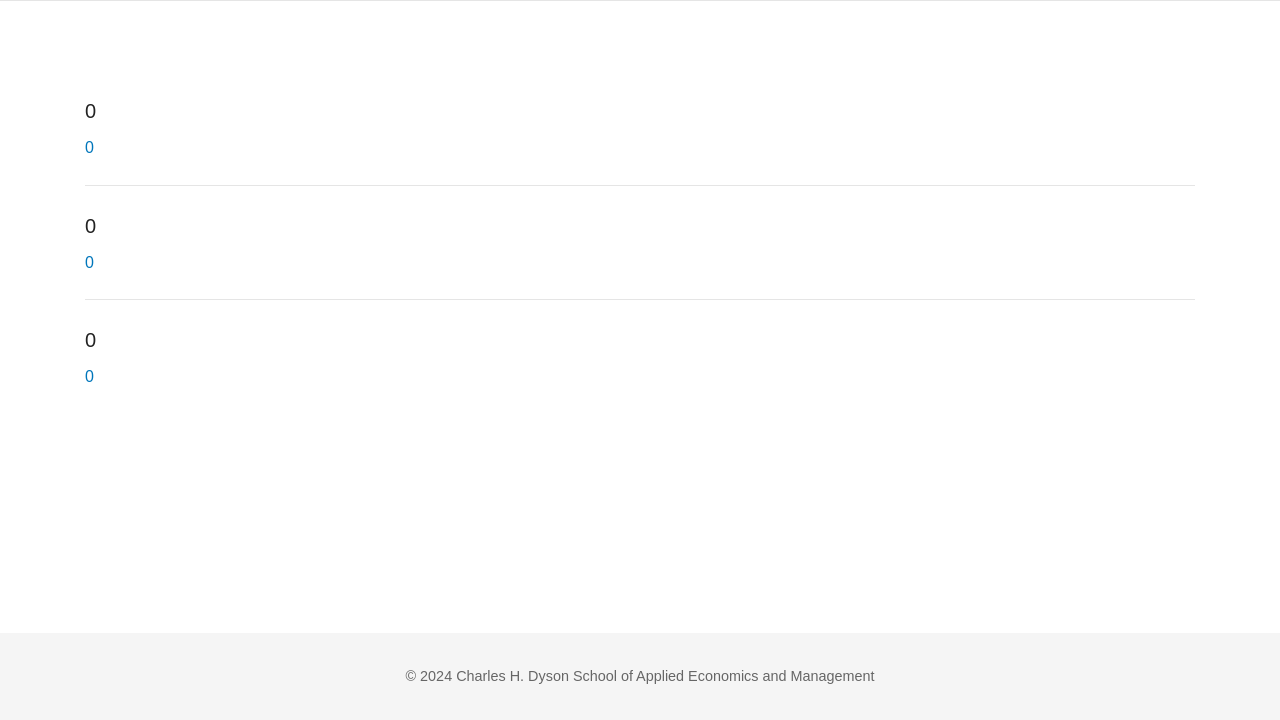
Repository: huang-heavenly-Emperor/k1_project
Page: teaching.html
The author's editor kept a copy of each file at every save. The page is drawn from the files as they stood at one save, then again after the next save.
The browser window is 1280 px wide. The pictures show the whole page.

Above is the page before, as saved 2024-11-17 16:18:11.

### teaching.html
<!DOCTYPE html>
<html lang="en">

<head>
    <meta charset="UTF-8">
    <meta name="viewport" content="width=device-width, initial-scale=1.0">
    <title>Teaching - Cornell University</title>
    <link rel="stylesheet" href="reset.css">
    <link rel="stylesheet" href="common.css">
    <link rel="stylesheet" href="teaching.css">
</head>

<body>
    <header class="site-header">
        <nav class="main-nav">
            <div class="nav-container">
                <button class="nav-toggle" aria-label="Toggle navigation">☰</button>
                <ul class="nav-list">
                    <li><a href="./index.html">Home</a></li>
                    <li><a href="./CV_ShanjunLi_Fall2024.pdf" target="_blank">CV</a></li>
                    <li><a href="./research.html">Research</a></li>
                    <li><a href="./teaching.html" class="active">Teaching</a></li>
                </ul>
            </div>
        </nav>
    </header>

    <main class="main-container">
        <section class="courses">
            <div class="course-item">
                <h2>0</h2>
                <a href="#" class="syllabus-link">0</a>
                <!-- <h2>Econometrics I (PhD)</h2>
                <a href="#" class="syllabus-link">Syllabus</a> -->
            </div>

            <div class="course-item">
                <h2>0</h2>
                <a href="#" class="syllabus-link">0</a>
                <!-- <h2>Environmental Economics (UG)</h2>
                <a href="#" class="syllabus-link">Syllabus</a> -->
            </div>

            <div class="course-item">
                <h2>0</h2>
                <a href="#" class="syllabus-link">0</a>
                <!-- <h2>Second-year Research Project for Dyson PhD Students</h2>
                <a href="#" class="syllabus-link">Syllabus</a> -->
            </div>
        </section>
    </main>

    <footer class="footer">
        <div class="footer-container">
            <p>© 2024 Charles H. Dyson School of Applied Economics and Management</p>
        </div>
    </footer>
    <script>
        const navToggle = document.querySelector('.nav-toggle');
        const nav = document.querySelector('nav');

        navToggle.addEventListener('click', () => {
            nav.classList.toggle('active');
        });
    </script>
</body>

</html>

### reset.css
*, *::before, *::after {
    margin: 0;
    padding: 0;
    box-sizing: border-box;
}

html, body {
    height: 100%;
    font-size: 16px;
    line-height: 1.5;
    -webkit-font-smoothing: antialiased;
    -moz-osx-font-smoothing: grayscale;
}

body {
    font-family: Arial, sans-serif;
    color: #333;
}

ul, ol {
    list-style: none;
}

a {
    text-decoration: none;
    color: inherit;
}

img {
    max-width: 100%;
    height: auto;
    display: block;
}

button, input, select, textarea {
    font: inherit;
    color: inherit;
}

h1, h2, h3, h4, h5, h6 {
    font-size: inherit;
    font-weight: inherit;
}

### common.css
body{
  display: flex;
  flex-direction: column;
  align-items: start;
  min-height: 100vh;
  justify-content: space-between;
}

.site-header {
  position: relative;
  width: 100%;
  height: auto;
  margin: 0 auto 20px;


}

.banner {
  height: 320px;
  overflow: hidden;
  position: relative;
}

.banner img {
  width: 100%;
  height: 100%;
  object-fit: cover;
}

nav {
  background-color: var(--background-color);
  border-bottom: 1px solid var(--border-color);

}

nav ul {
  display: none;
  flex-direction: column;
  align-items: center;
  gap: 1rem;
}

nav.active ul {
  display: flex;
}

nav a {
  text-decoration: none;
  color: var(--text-color);
  font-weight: 500;
  font-size: 22px;
  padding: 0.5rem 0;
  transition: color 0.3s;
}

nav a:hover,
nav a.active {
  color: var(--primary-color);
}

.nav-toggle {
  display: none;
  font-size: 24px;
  background: none;
  border: none;
  cursor: pointer;
}

@media (max-width: 768px) {
    .site-header {
        width: 100%;
        display: block;
    }

    nav ul {
        flex-direction: column;
        align-items: center;
    }

    nav a {
        font-size: 18px;
    }

    .main-container {
        padding: 0 10px;
    }

    .nav-toggle {
        display: block;
    }
}

### teaching.css
:root {
    --primary-color: #B31B1B;
    --text-color: #222;
    --link-color: #0076BB;
    --background-color: #fff;
    --border-color: #e5e5e5;
}

body {
    font-family: Arial, sans-serif;
    line-height: 1.6;
    color: var(--text-color);
    background-color: var(--background-color);
}

.main-container {
    width: 1150px;
    padding: 0 20px;
    margin: 50px auto;
    margin-bottom: auto;
}



.course-item {
    padding: 1.5rem 0;
    border-bottom: 1px solid var(--border-color);
}

.course-item:last-child {
    border-bottom: none;
}

.course-item h2 {
    font-size: 1.25rem;
    font-weight: 500;
    margin-bottom: 0.5rem;
}

.syllabus-link {
    color: var(--link-color);
    text-decoration: none;
    font-weight: 500;
    transition: color 0.3s;
}

.syllabus-link:hover {
    color: var(--primary-color);
}

.footer {
      width: 100%;
    background-color: #f5f5f5;
    padding: 2rem 0;
    margin-top: 3rem;
    text-align: center;
    font-size: 0.9rem;
    color: #666;
}

@media (max-width: 768px) {
    .banner {
        height: 300px;
    }

    .nav-list {
        flex-wrap: wrap;
        justify-content: center;
        gap: 1rem;
    }

    .course-item h2 {
        font-size: 1.2rem;
    }

    .main-container {
        padding: 0 10px;
    }

    nav {
        justify-content: flex-start;
        padding: 0 20px;
    }

    nav ul {
        flex-direction: column;
        align-items: center;
        max-height: 0;
        opacity: 0;
        transition: max-height 0.3s ease, opacity 0.3s ease;
        justify-content: center;
    }

    nav.active ul {
        max-height: 500px;
        opacity: 1;
    }
}

@media (max-width: 480px) {
    .banner {
        height: 200px;
    }
}

After the next save:
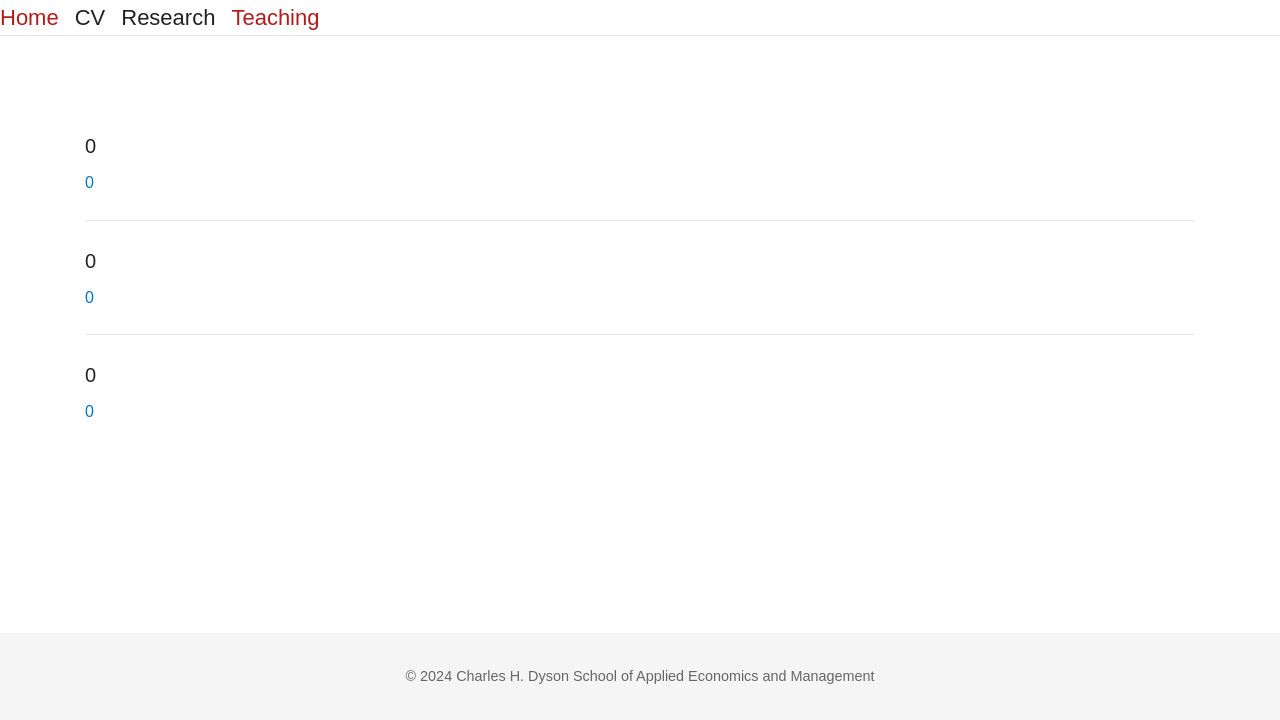
Saved 65 s later.
--- a/common.css
+++ b/common.css
@@ -30,12 +30,12 @@
 nav {
   background-color: var(--background-color);
   border-bottom: 1px solid var(--border-color);
-
+  display: block;
 }
 
 nav ul {
-  display: none;
-  flex-direction: column;
+  display: flex;
+  flex-direction: row;
   align-items: center;
   gap: 1rem;
 }

After the save that followed:
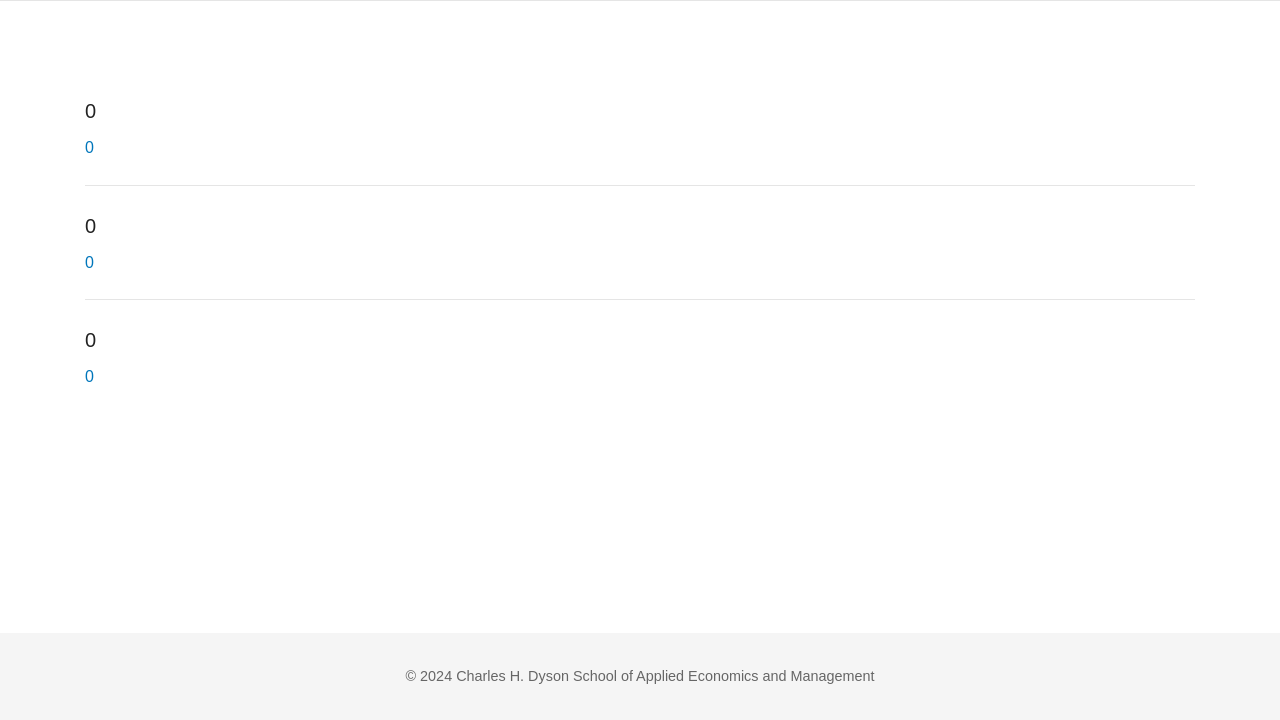
Saved 68 s later.
--- a/common.css
+++ b/common.css
@@ -30,12 +30,12 @@
 nav {
   background-color: var(--background-color);
   border-bottom: 1px solid var(--border-color);
-  display: block;
+
 }
 
 nav ul {
-  display: flex;
-  flex-direction: row;
+  display: none;
+  flex-direction: column;
   align-items: center;
   gap: 1rem;
 }
